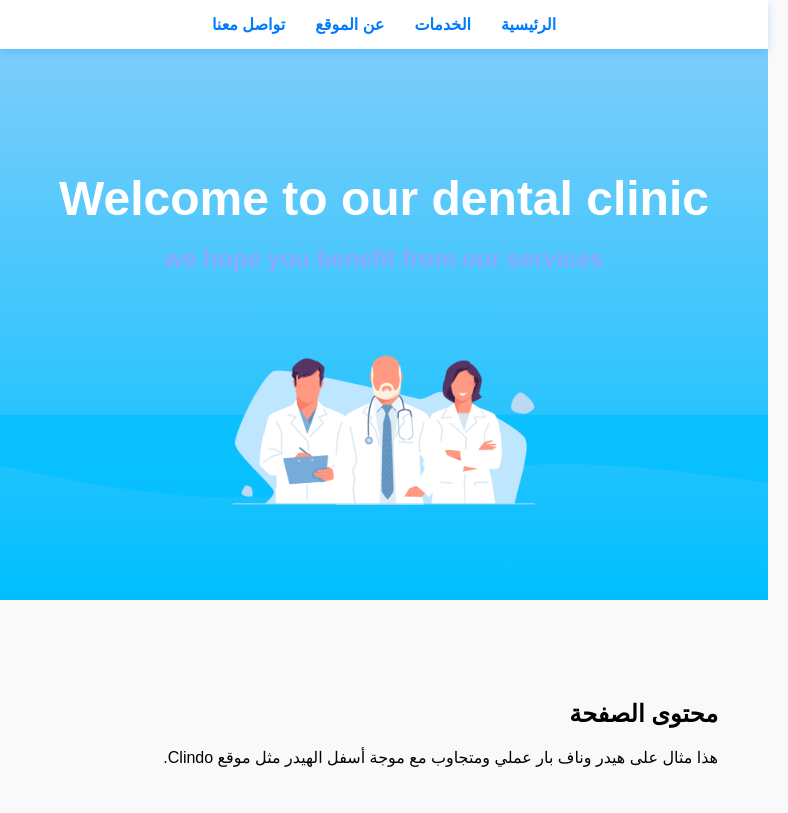
Repository: mysite4/s
Page: http://localhost/
An editor plug-in stored every save of this project. The page is shown before and after the next save, followed by the edit.
The browser window is 768 px wide. The page is 768 px wide, then 788 px, so the pictures cover 788 px, including what lies to the right of the window. The pictures show the whole page.
Some web fonts or font styles are not loaded; a fallback is used. The page is served by the project's application, run on Django 5.2 (manage.py).

Above is the page before, as saved 2025-10-19 21:54:03.

After the next save:
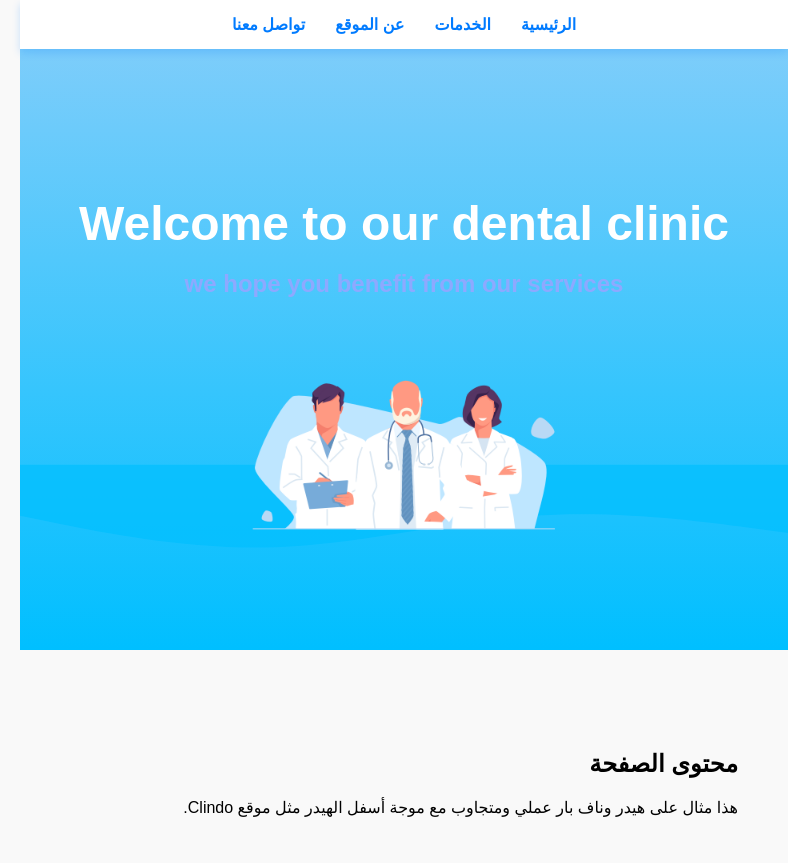
Saved 2 min 15 s later.
--- a/main/static/css/style.css
+++ b/main/static/css/style.css
@@ -1,8 +1,9 @@
 /* إعدادات عامة */
-body {
-  font-family: 'Cairo', sans-serif;
+html, body {
   margin: 0;
   padding: 0;
+  width: 100%;
+  font-family: 'Cairo', sans-serif;
   background-color: #f9f9f9;
 }
 
@@ -44,15 +45,16 @@ nav ul li a:hover {
 
 /* Header */
 header {
-  position: relative;               /* مهم للموجة أسفل الهيدر */
-  min-height: 500px;                /* ارتفاع الهيدر */
-  background: linear-gradient(to bottom, #87cefa, #00bfff); /* خلفية الهيدر */
+  position: relative;                   /* مهم للموجة أسفل الهيدر */
+  width: 100%;
+  min-height: 550px;                    /* ارتفاع الهيدر */
+  overflow: visible;                     /* لإظهار الموجة بالكامل */
+  background: linear-gradient(to bottom, #87cefa, #00bfff);
   display: flex;
   flex-direction: column;
   justify-content: center;
   align-items: center;
-  padding: 100px 50px 0 50px;
-  overflow: hidden;
+  padding: 100px 0 0 0;                 /* إزالة padding جانبي */
 }
 
 /* محتوى الهيدر (نصوص + صورة) */
@@ -63,6 +65,7 @@ header {
   align-items: center;
   width: 100%;
   max-width: 1200px;
+  padding: 0 50px;
 }
 
 .header-text {
@@ -71,7 +74,7 @@ header {
   text-align: right;
   line-height: 1.4;
   position: relative;
-  z-index: 1;                       /* فوق الموجة */
+  z-index: 1;                             /* فوق الموجة */
 }
 
 .header-text h1 {
@@ -91,21 +94,19 @@ header {
   height: auto;
   border-radius: 15px;
   position: relative;
-  z-index: 1;                       /* فوق الموجة */
+  z-index: 1;                             /* فوق الموجة */
 }
 
 /* الموجة أسفل الهيدر */
-
 .waves {
   position: absolute;
-  bottom: 0;
+  bottom: 0;                              /* أسفل الهيدر */
   left: 0;
   width: 100%;
-  height: 200px;       /* ارتفاع أكبر لتكون الموجة واضحة */
-  z-index: 0;          /* خلف النص والصورة */
-  transform: rotate(180deg);  /* قلب الموجة رأسياً */
+  height: 200px;                           /* ارتفاع الموجة */
+  z-index: 0;                              /* خلف النصوص والصورة */
+  transform: rotate(180deg);               /* إذا كانت مقلوبة */
 }
-
 
 /* محتوى الصفحة */
 main {
@@ -118,6 +119,7 @@ main {
   .header-content {
     flex-direction: column;
     text-align: center;
+    padding: 0 20px;
   }
 
   .header-text {
@@ -129,4 +131,8 @@ main {
   .header-icon img {
     width: 80%;
   }
+
+  nav ul {
+    justify-content: center;
+  }
 }
